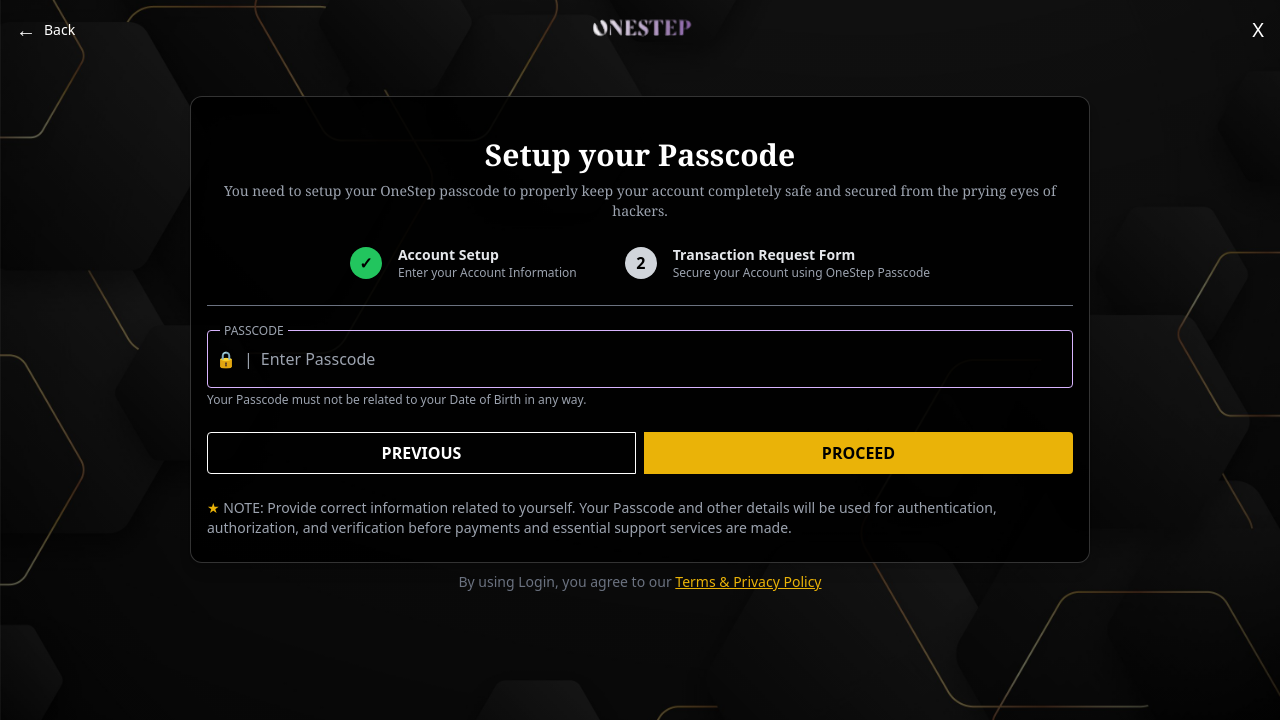
Repository: gloriousnetworker/onestep-authentication-system
Page: /passcode
These files come from the project's save history. The page is drawn as it stood at one moment and after the next save; the edit follows.
The browser window is 1280 px wide. The pictures show the whole page.
The project was rebuilt for these pictures with package versions that can differ from the ones it lists, and the page was loaded fresh each time. Also part of the build but not shown: vite.config.js, src/pages/LoginPage.jsx, src/pages/SignupPage.jsx, src/pages/GrantAccess.jsx, src/pages/GrantAccessSignup.jsx, src/pages/OTPVerificationPage.jsx, src/pages/OTPVerificationSignup.jsx, src/pages/AccountSetupPage.jsx and 7 more.

Above is the page before, as saved 2025-01-17 13:39:23.

After the next save:
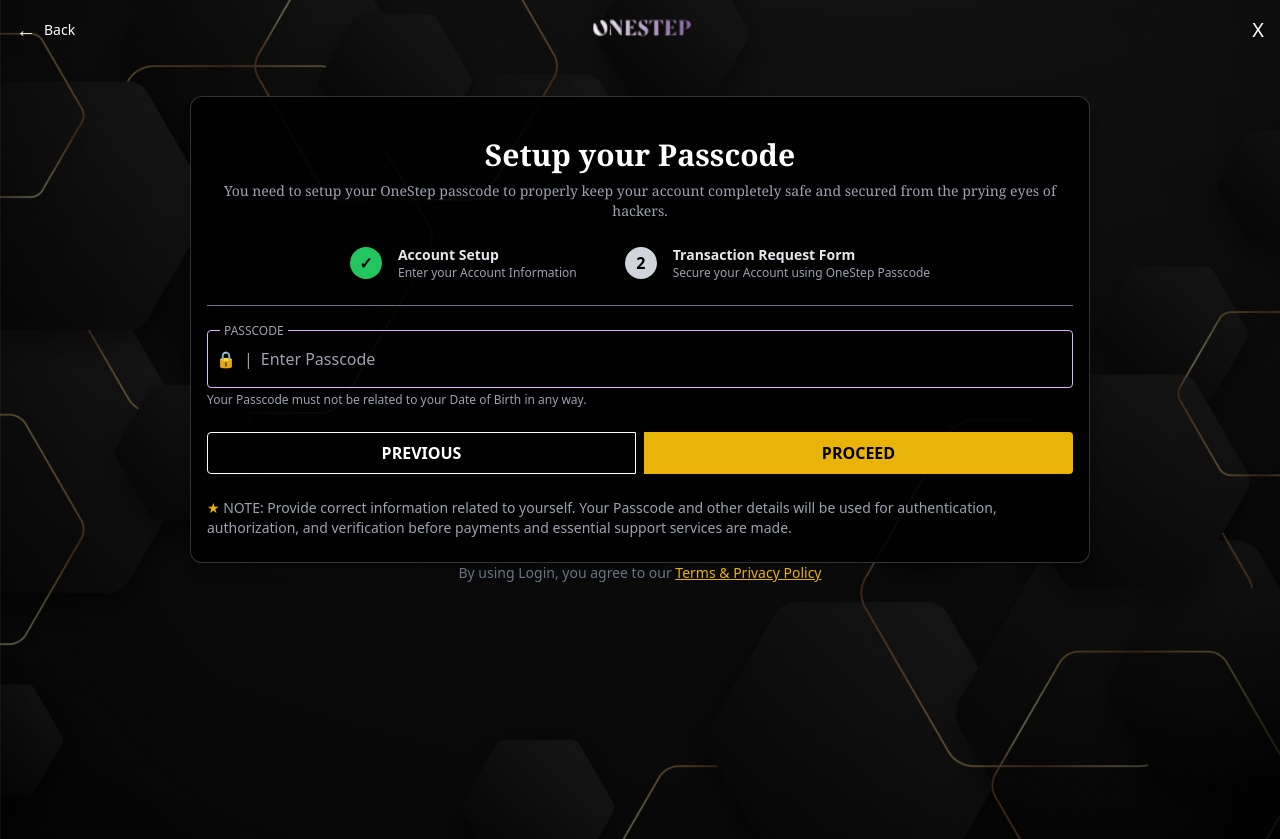
Saved 21 s later.
--- a/src/pages/PasscodeSetupPage.jsx
+++ b/src/pages/PasscodeSetupPage.jsx
@@ -167,7 +167,7 @@ const PasscodeSetupPage = () => {
       </div>
 
       {/* Footer */}
-      <div className="text-center text-sm text-gray-500 mb-32">
+      <div className="text-center text-sm text-gray-500 mb-64">
         By using Login, you agree to our{" "}
         <span className="text-yellow-500 underline cursor-pointer">
           Terms & Privacy Policy
